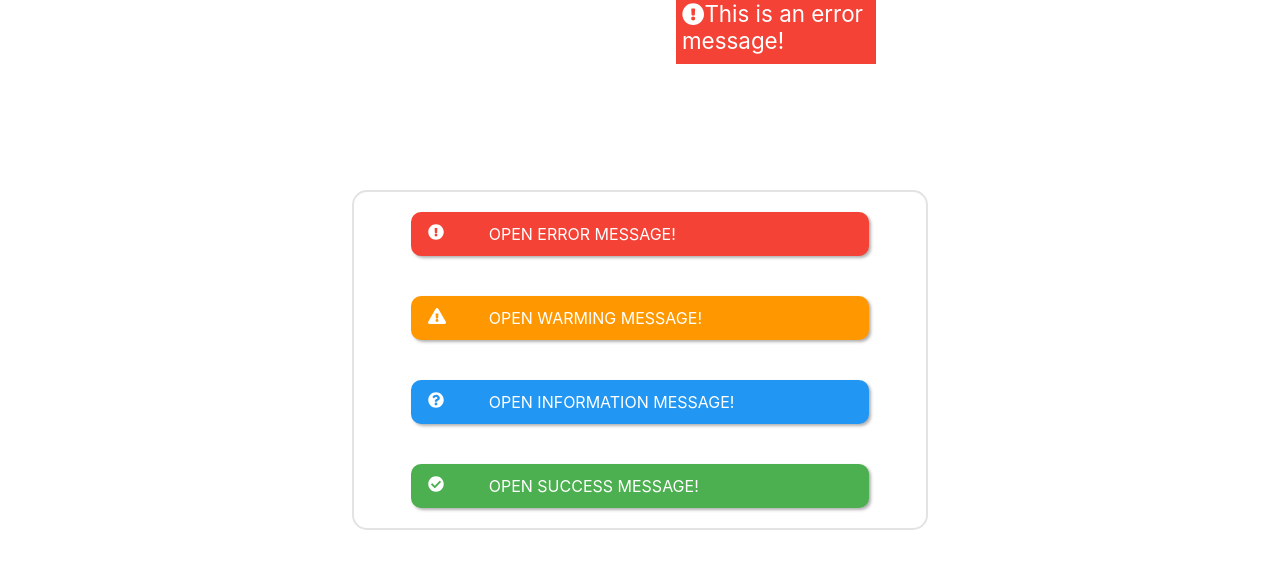
Repository: KrzysKolo/sr_tydzien5_zad2
Page: /, after clicking the first element matching `div.btn`
An editor plug-in stored every save of this project. The page is shown before and after the next save, followed by the edit.
The browser window is 1280 px wide. The pictures show the whole page.
The project was rebuilt for these pictures with package versions that can differ from the ones it lists, and the page was loaded fresh each time.

Above is the page before, as saved 2020-12-28 04:06:00.

### public/index.html
<!DOCTYPE html>
<html lang="en">
  <head>
    <meta charset="utf-8" />
    <link rel="icon" href="%PUBLIC_URL%/favicon.ico" />
    <meta name="viewport" content="width=device-width, initial-scale=1" />
    <meta name="theme-color" content="#000000" />
    <meta
      name="description"
      content="Web site created using create-react-app"
    />
    <link rel="apple-touch-icon" href="%PUBLIC_URL%/logo192.png" />
    <!--
      manifest.json provides metadata used when your web app is installed on a
      user's mobile device or desktop. See https://developers.google.com/web/fundamentals/web-app-manifest/
    -->
    <link rel="manifest" href="%PUBLIC_URL%/manifest.json" />
    <!--
      Notice the use of %PUBLIC_URL% in the tags above.
      It will be replaced with the URL of the `public` folder during the build.
      Only files inside the `public` folder can be referenced from the HTML.

      Unlike "/favicon.ico" or "favicon.ico", "%PUBLIC_URL%/favicon.ico" will
      work correctly both with client-side routing and a non-root public URL.
      Learn how to configure a non-root public URL by running `npm run build`.
    -->
    <title>Zad 2 - snackbar</title>
  </head>
  <body>
    <noscript>You need to enable JavaScript to run this app.</noscript>
    <div id="root"></div>
    <!--
      This HTML file is a template.
      If you open it directly in the browser, you will see an empty page.

      You can add webfonts, meta tags, or analytics to this file.
      The build step will place the bundled scripts into the <body> tag.

      To begin the development, run `npm start` or `yarn start`.
      To create a production bundle, use `npm run build` or `yarn build`.
    -->
  </body>
</html>

### src/App.js
import React from 'react';
import Buttons from './components/Buttons';
import './App.css';
const App = () => {
  return (
    <div className="wrapper--btn">
      <Buttons />
    </div>
  )
}

export default App;

### src/components/Buttons.js
import React from 'react';
import ButtonsData from './../data/ButtonsData';
import Button from './Button';


const Buttons = () => {

    return (
        <>
            {ButtonsData.map(button =>
                <Button key={button.id} data={button} />
            )}

        </>
    )
}

export default Buttons;

### src/App.css
* {
  box-sizing: border-box;
  margin: 0;
  position: relative;
}
body {
  width: 100vw;
  height: 100vh;
  display: flex;
  flex-direction: row;
  justify-content: center;
  align-items: center;
}
.wrapper--btn {
  border: 2px solid #e3e3e3;
  border-radius: 15px;
  width: 45vw;
  display: flex;
  flex-direction: column;
  justify-content: center;
  align-items: center;
}
.btn {
  border-radius: 10px;
  color: rgb(240, 239, 244);
  cursor: pointer;
  outline: none;
  padding: 10px 15px;
  margin: 20px;
  width: 80%;
  display: grid;
  grid-template-columns: 0.5fr 3fr;
  box-shadow: 2px 2px 3px rgba(102, 102, 102, 0.5);
  transition: all 0.3s ease-in-out;
}
.snackbar {
  position: absolute;
  font-size: 1.4rem;
  width: 200px;
  padding: 10px 6px;
}
.error {
  color: white;
  background: rgb(244, 67, 54);
}

.success {
  color: rgb(124, 0, 0);
  background: rgb(76, 175, 80);
}
.information {
  color: yellow;
  background: rgb(33, 150, 243);
}

.warning {
  background: rgb(255, 152, 0);
  color: black;
}
.top-right {
  position: absolute;
  top: -60%;
  right: 50px;
}

### src/data/ButtonsData.js
const ButtonsData = [
    {
      id: 0,
      name: "OPEN ERROR MESSAGE!",
      color: "rgb(244, 67, 54)",
      icon: "faExclamationCircle",
      type: "error",
      message: "This is an error message!",
    },
    {
      id: 1,
      name: "OPEN WARMING MESSAGE!",
      color: "rgb(255, 152, 0)",
      icon: "faExclamationTriangle",
      type: "warning",
      message: "This is a warning message!",
    },
    {
      id: 2,
      name: "OPEN INFORMATION MESSAGE!",
      color: "rgb(33, 150, 243)",
      icon: "faQuestionCircle",
      type: "information",
      message: "This is an information message!",
    },
    {
      id: 3,
      name: "OPEN SUCCESS MESSAGE!",
      color: "rgb(76, 175, 80)",
      icon: "faCheckCircle",
      type: "success",
      message: "This is a success message!",
    },

  ]
 export default ButtonsData;

### src/components/Button.js
import React, { useState } from 'react';
import Icons from './Icons';
import Snackbar from './Snackbar';


const Button = ({data } ) => {

    const [isHover, setIsHover] = useState(false);
    const OutStyle = {
        border: `2px solid ${data.color}`,
        background: data.color,
        color: "#fff",
      };

      const OverStyle = {
        border: `2px solid ${data.color}`,
        backgroundColor: "#fff",
        color: data.color,

      };
    const [shownSnackbar, setShownSnackbar] = useState(false);
    const handleClick = () => {

        setShownSnackbar(true);

    };
    return (
        <>

        <div className="btn"
        /* onClick={() => switchFunction(event)} */
        onClick={handleClick}
        style={isHover ? OverStyle : OutStyle}
        onMouseOver={() => setIsHover(true)}
        onMouseOut={() => setIsHover(false)}>
            <Icons icon={data.icon}/>
             {data.name}
        </div>
        {shownSnackbar && <Snackbar type={data.type} position={"top-right"} message={data.message} icon={data.icon} />}
        </>
    )
}

export default Button;

### src/components/Icons.js
import React from 'react';
import { FontAwesomeIcon } from '@fortawesome/react-fontawesome';
import { faCheckCircle, faQuestionCircle, faExclamationTriangle, faExclamationCircle } from '@fortawesome/free-solid-svg-icons';

const Icons = ({icon}) => {

        switch (icon) {
            case 'faExclamationCircle': return <FontAwesomeIcon icon={faExclamationCircle} />;
            case 'faExclamationTriangle': return <FontAwesomeIcon icon={faExclamationTriangle} />;
            case 'faQuestionCircle': return <FontAwesomeIcon icon={faQuestionCircle} />;
            case 'faCheckCircle': return <FontAwesomeIcon icon={faCheckCircle} />;
            default: return null;
            }



}

export default Icons;

### src/components/Snackbar.js
import React from 'react';
import Icons from './Icons';
const Snackbar = ({type, message, icon, position}) => {
    return (
        <div className={`snackbar ${type} ${position}`}>
           <Icons icon={icon} />{message}
        </div>
    )
}

export default Snackbar

Loaded but not shown: src/index.js (common file); src/index.css (common file)

After the next save:
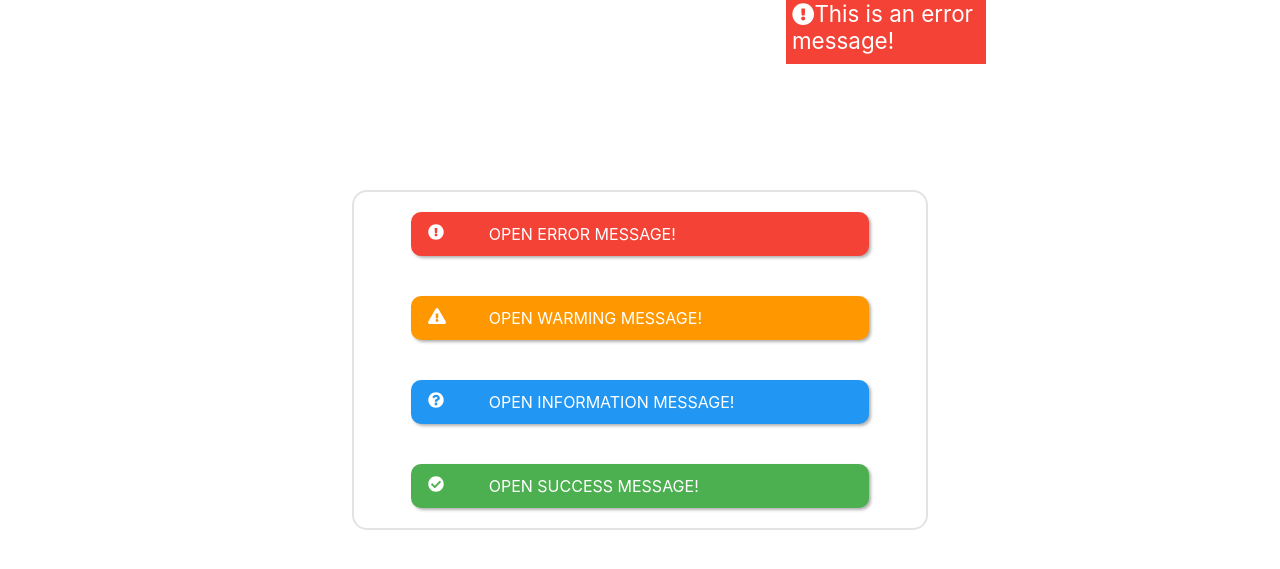
Saved 18 s later.
--- a/src/App.css
+++ b/src/App.css
@@ -60,5 +60,5 @@ body {
 .top-right {
   position: absolute;
   top: -60%;
-  right: 50px;
+  right: -60px;
 }
